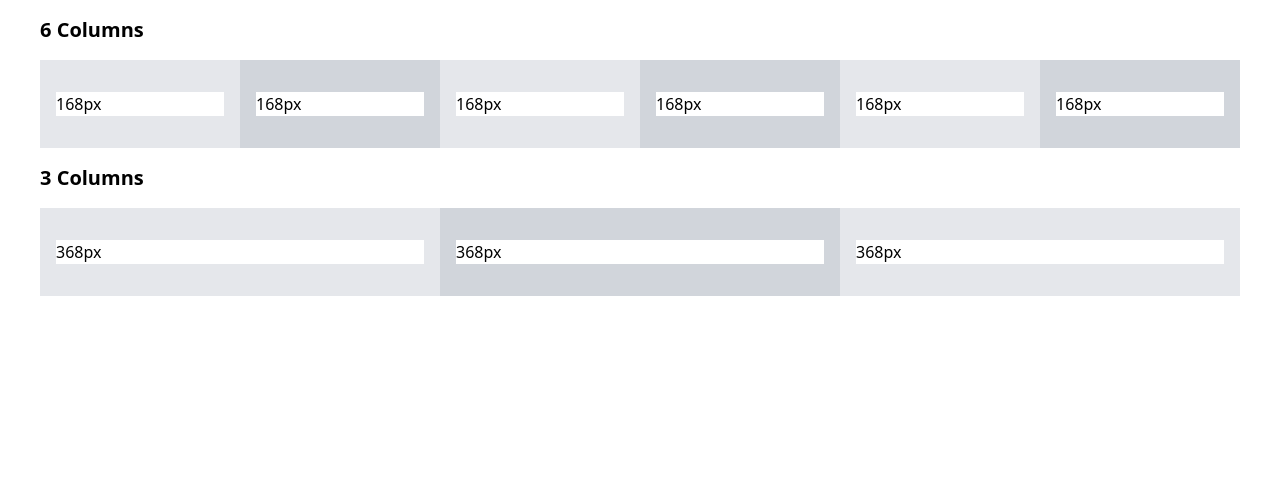
Repository: fabianwurk/vue-tailwind
Page: /
An editor plug-in stored every save of this project. The page is shown before and after the next save, followed by the edit.
The browser window is 1280 px wide. The pictures show the whole page.
The project was rebuilt for these pictures with package versions that can differ from the ones it lists, and the page was loaded fresh each time. Also part of the build but not shown: vite.config.js.

Above is the page before, as saved 2021-03-15 23:11:15.

### src/App.vue
<template>
  <Tail />
  <Wind />
</template>

<script setup>
import Tail from './components/Tail.vue';
// import Wind from './components/Wind.vue';

</script>

### src/components/Tail.vue
<template>
  <div>

  <div class="container mx-auto">
    <h2 class="text-xl font-bold my-4">6 Columns</h2>
    <div class="flex items-center">
      <div class="w-1/6 bg-gray-200 py-8 px-4">
        <span class="bg-white w-full block">168px</span>
      </div>
      <div class="w-1/6 bg-gray-300 py-8 px-4">
        <span class="bg-white w-full block">168px</span>
      </div>
      <div class="w-1/6 bg-gray-200 py-8 px-4">
        <span class="bg-white w-full block">168px</span>
      </div>
      <div class="w-1/6 bg-gray-300 py-8 px-4">
        <span class="bg-white w-full block">168px</span>
      </div>
      <div class="w-1/6 bg-gray-200 py-8 px-4">
        <span class="bg-white w-full block">168px</span>
      </div>
      <div class="w-1/6 bg-gray-300 py-8 px-4">
        <span class="bg-white w-full block">168px</span>
      </div>
    </div>
  </div>

  <div class="container mx-auto">
    <h2 class="text-xl font-bold my-4">3 Columns</h2>
    <div class="flex items-center">
      <div class="w-1/3 bg-gray-200 py-8 px-4">
        <span class="bg-white w-full block">368px</span>
      </div>
      <div class="w-1/3 bg-gray-300 py-8 px-4">
        <span class="bg-white w-full block">368px</span>
      </div>
      <div class="w-1/3 bg-gray-200 py-8 px-4">
        <span class="bg-white w-full block">368px</span>
      </div>
    </div>
  </div>

  </div>
</template>

### tailwind.config.js
module.exports = {
  purge: ['./index.html', './src/**/*.{vue,js,ts,jsx,tsx}'],
  darkMode: false, // or 'media' or 'class'
  theme: {
    extend: {
      screens: {
        'xl': {'min': '1200px', 'max': '1280px'},
        '2xl': {'max': '1280px'},
      },
    },
  },
  variants: {
    extend: {},
  },
  plugins: [],
}

Loaded but not shown: index.html (common file); src/main.js (common file); src/index.css (common file)

After the next save:
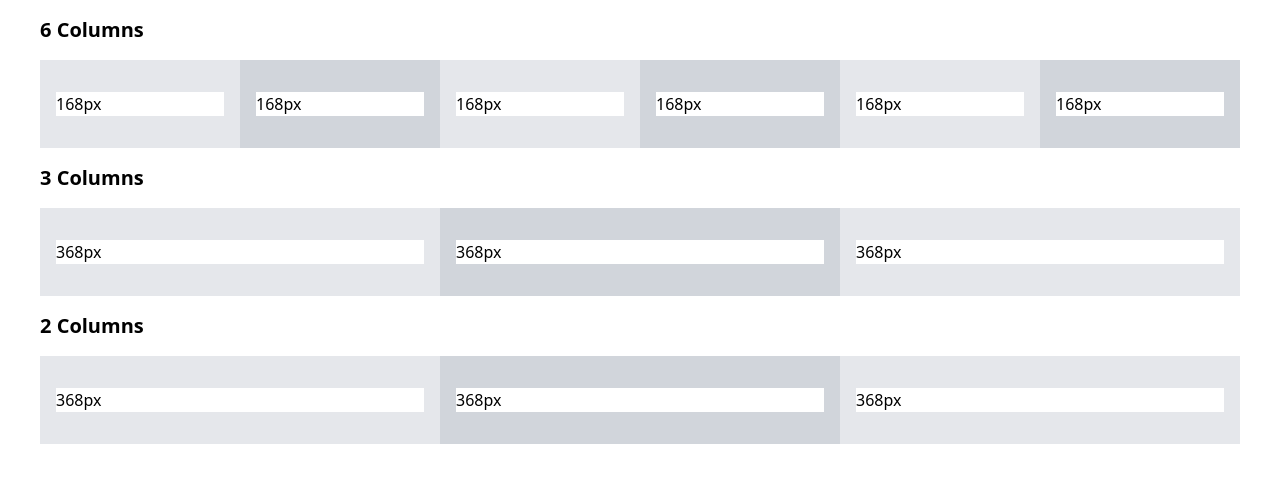
Saved 24 s later.
--- a/src/components/Tail.vue
+++ b/src/components/Tail.vue
@@ -40,5 +40,20 @@
     </div>
   </div>
 
+  <div class="container mx-auto">
+    <h2 class="text-xl font-bold my-4">2 Columns</h2>
+    <div class="flex items-center">
+      <div class="w-1/3 bg-gray-200 py-8 px-4">
+        <span class="bg-white w-full block">368px</span>
+      </div>
+      <div class="w-1/3 bg-gray-300 py-8 px-4">
+        <span class="bg-white w-full block">368px</span>
+      </div>
+      <div class="w-1/3 bg-gray-200 py-8 px-4">
+        <span class="bg-white w-full block">368px</span>
+      </div>
+    </div>
+  </div>
+
   </div>
 </template>
